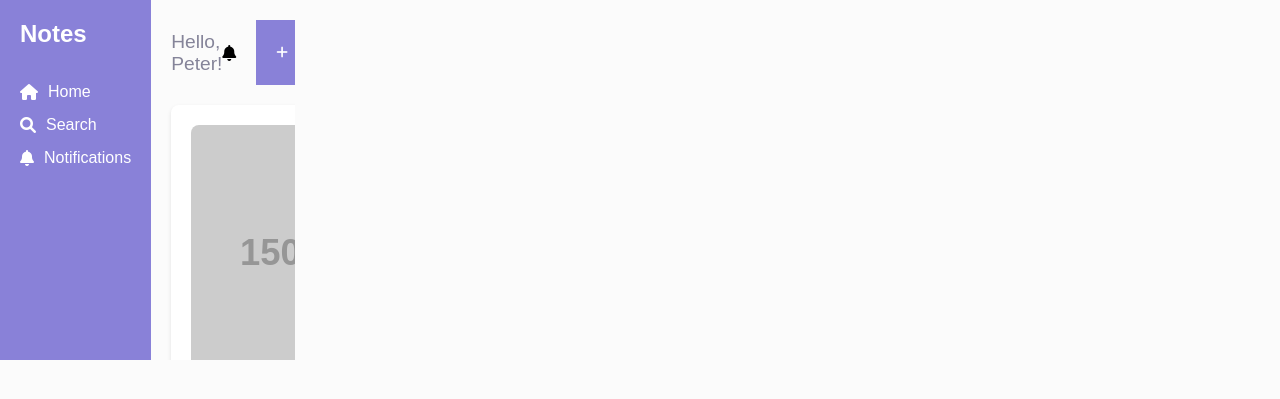
Repository: SatenikGabrielyan/HTML_CSS-_Assignment
Page: index.html
These files come from the project's save history. The page is drawn as it stood at one moment and after the next save; the edit follows.
The browser window is 1280 px wide. The pictures show the whole page.

Above is the page before, as saved 2025-03-17 00:03:03.

### index.html
<!DOCTYPE html>
<html lang="en">
  <head>
    <meta charset="UTF-8" />
    <meta name="viewport" content="width=device-width, initial-scale=1.0" />
    <title>Notes App</title>
    <link rel="stylesheet" href="./style.css" />
    <!-- Include Font Awesome for icons -->
    <link href="https://cdnjs.cloudflare.com/ajax/libs/font-awesome/6.0.0-beta3/css/all.min.css" rel="stylesheet"/>
  </head>
  <body>
     <div class="wrapper">
      <div class="cont">
          <div class="purp"></div>
          <div class="whit"></div>
      </div>
    <div class="container">

      <nav class="sidebar">
        <div class="sidebar-header">
          <h2>Notes</h2>
        </div>
        <ul class="sidebar-list">
          <li><i class="fas fa-home"></i> Home</li>
          <li><i class="fas fa-search"></i> Search</li>
          <li><i class="fas fa-bell"></i> Notifications</li>
        </ul>
      </nav>

      <main class="main-content">
        <header>
          <div class="header-left">
            <p>Hello, Peter!</p>
          </div>
          <div class="header-right">
            <i class="fas fa-bell"></i>
            <button class="add-note-btn">
              <i class="fas fa-plus"></i> Add New Note
            </button>
          </div>
        </header>
        <section class="notes-grid">

          <div class="note-item image-note">
            <img src="https://via.placeholder.com/150" alt="Note Image" />
          </div>

          <div class="note-item text-note">
            <p>Sample text note content...</p>
          </div>

          <div class="note-item mixed-note">
            <img src="https://via.placeholder.com/150" alt="Note Image" />
            <p>Sample mixed note content...</p>
          </div>
        </section>
      </main>
    </div>
</div>
  </body>
</html>

### style.css
/* CSS Variables for Colors */
:root {
    --bg-color: #fbfbfb;
    --primary-color: #8981d8;
    --secondary-color: #d0d0d0;
    --text-color: #858499;
    --highlight-color: #7f77cc;
    --hover-color: rgba(137, 129, 216, 0.5);
  }

  /* General Reset */
  * {
    margin: 0;
    padding: 0;
    box-sizing: border-box;
  }

  body {
    font-family: Arial, sans-serif;
    background-color: var(--bg-color);
    display: flex;
    height: 100vh;
  }
  .wrapper{
    position: relative;
  }
  .cont{
      display: flex;
      width: 100%;
      position: relative;
      z-index: 1;
  }
.purp {
    width: 70%;
    background-color: var(--primary-color);
    flex-direction: row;
}
.whit {
    width: 30%;
    background-color: white;
    flex-direction: row;
}
  .container {
    display: flex;
    width: 50%;
    height: 50%;
    background: center;

  }

  /* Sidebar Styling */
  .sidebar {
    width: 250px;
    background-color: var(--primary-color);
    color: #fff;
    display: flex;
    flex-direction: column;
    padding: 20px;
  }

  .sidebar-header h2 {
    margin-bottom: 20px;
  }

  .sidebar-list {
    list-style: none;
  }

  .sidebar-list li {
    margin: 15px 0;
    display: flex;
    align-items: center;
    cursor: pointer;
  }

  .sidebar-list li i {
    margin-right: 10px;
  }

  /* Main Content Styling */
  .main-content {
    flex-grow: 1;
    padding: 20px;
    overflow-y: auto;
  }

  header {
    display: flex;
    justify-content: space-between;
    align-items: center;
    margin-bottom: 20px;
  }

  .header-left p {
    font-size: 1.2em;
    color: var(--text-color);
  }

  .header-right {
    display: flex;
    align-items: center;
  }

  .header-right i {
    margin-right: 20px;
    cursor: pointer;
  }

  .add-note-btn {
    background-color: var(--primary-color);
    color: #fff;
    border: none;
    padding: 10px 20px;
    cursor: pointer;
    display: flex;
    align-items: center;
  }

  .add-note-btn i {
    margin-right: 10px;
  }

  /* Notes Grid Styling */
  .notes-grid {
    display: grid;
    grid-template-columns: repeat(auto-fill, minmax(300px, 1fr));
    gap: 20px;
  }

  .note-item {
    background-color: #fff;
    border-radius: 8px;
    box-shadow: 0 2px 4px rgba(0, 0, 0, 0.1);
    overflow: hidden;
    display: flex;
    flex-direction: column;
    padding: 20px;
  }

  .note-item img {
    width: 100%;
    height: auto;
    border-radius: 8px;
    margin-bottom: 15px;
  }

  .note-item p {
    color: var(--text-color);
    font-size: 1em;
    line-height: 1.5;
  }

  /* Hover Effect for Filter Buttons */
  .sidebar-list li:hover {
    background-color: var(--highlight-color);
    transition: background-color 0.3s ease;
  }

  /* Mobile Responsiveness */
  @media (max-width: 768px) {
    .container {
      flex-direction: column;
    }

    .sidebar {
      width: 100%;
      flex-direction: row;
      justify-content: space-around;
      padding: 10px;
    }

    .sidebar-list {
      display: flex;
      flex-direction: row;
      gap: 15px;
    }

    .sidebar-list li {
      margin: 0;
    }

    .main-content {
      padding: 10px;
    }

    header {
      flex-direction: column;
      align-items: flex-start;
    }

    .header-right {
      margin-top: 10px;
    }

    .notes-grid {
      grid-template-columns: 1fr;
    }

    .note-item {
      padding: 10px;
    }

    .note-item img {
      margin-bottom: 10px;
    }
  }

After the next save:
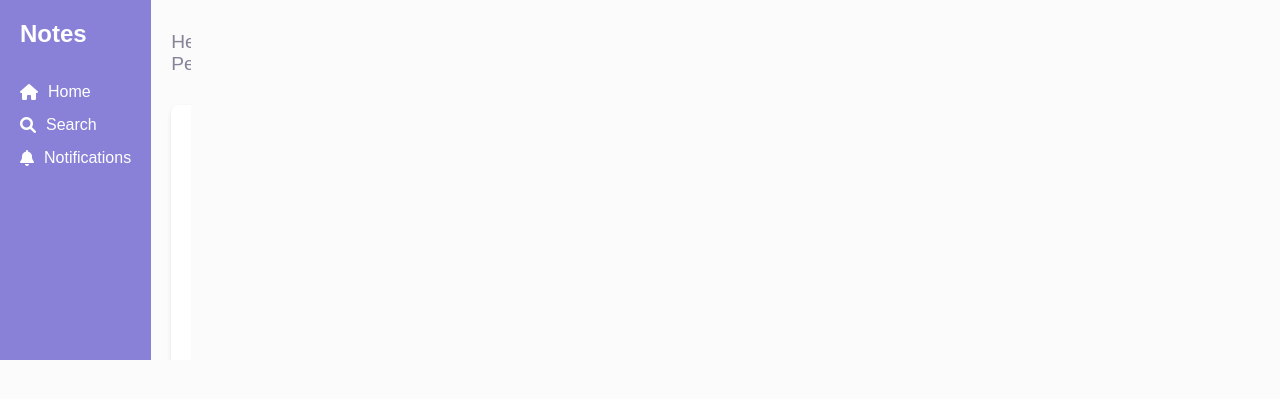
Saved 7 s later.
--- a/style.css
+++ b/style.css
@@ -45,7 +45,8 @@
     width: 50%;
     height: 50%;
     background: center;
-
+    position: absolute;
+    z-index: 2;
   }
 
   /* Sidebar Styling */
